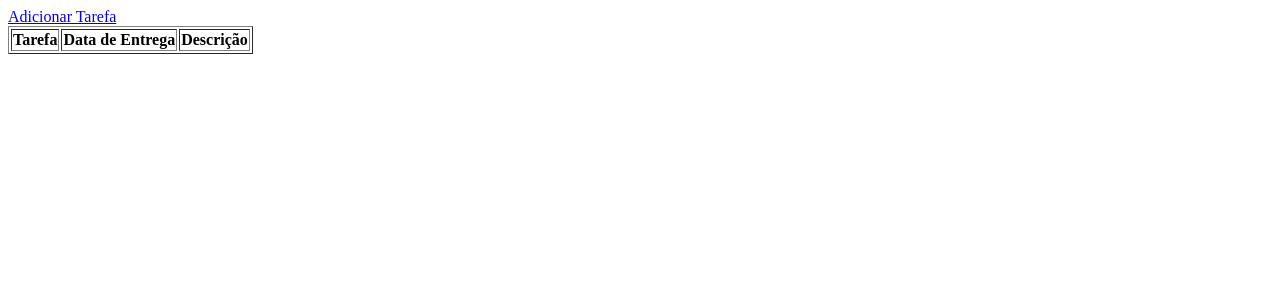
Repository: sophiaks/CRUD
Page: http://localhost/Projeto1/Views/lista.jsp
The author's editor kept a copy of each file at every save. The page is drawn from the files as they stood at one save, then again after the next save.
The browser window is 1280 px wide. The pictures show the whole page.
The page is served by Tomcat 9. Nobody is signed in. The application's start-up code is not run. Queries for data that is not in the repository find no rows.

Above is the page before, as saved 2020-09-23 18:33:12.

After the next save:
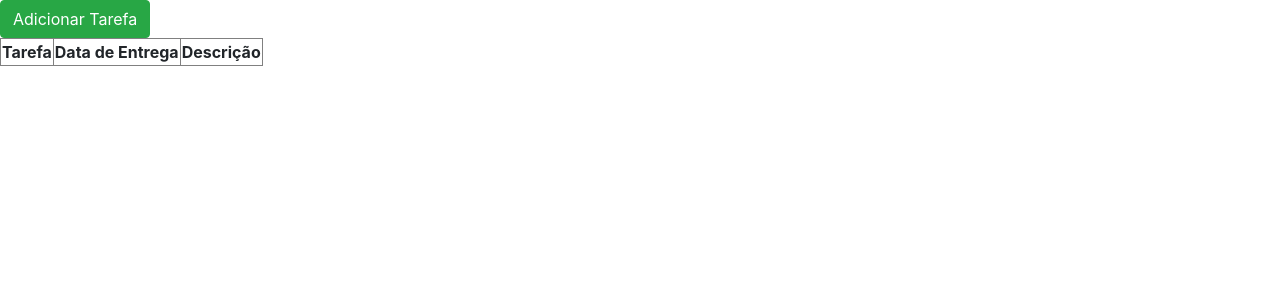
Saved 26 s later.
--- a/WorkspaceP1/Projeto1/WebContent/Views/lista.jsp
+++ b/WorkspaceP1/Projeto1/WebContent/Views/lista.jsp
@@ -10,6 +10,7 @@
 <meta http-equiv="X-UA-Compatible" content="IE=edge">
 <meta name="viewport" content="width=device-width, initial-scale=1">
 <title>Lista de Tarefas</title>
+<link href="<c:url value="/bootstrap/css/bootstrap.min.css"/>" rel="stylesheet">
 </head>
 <body>
 	<jsp:useBean id="dao" class="br.edu.insper.DAO"/>
